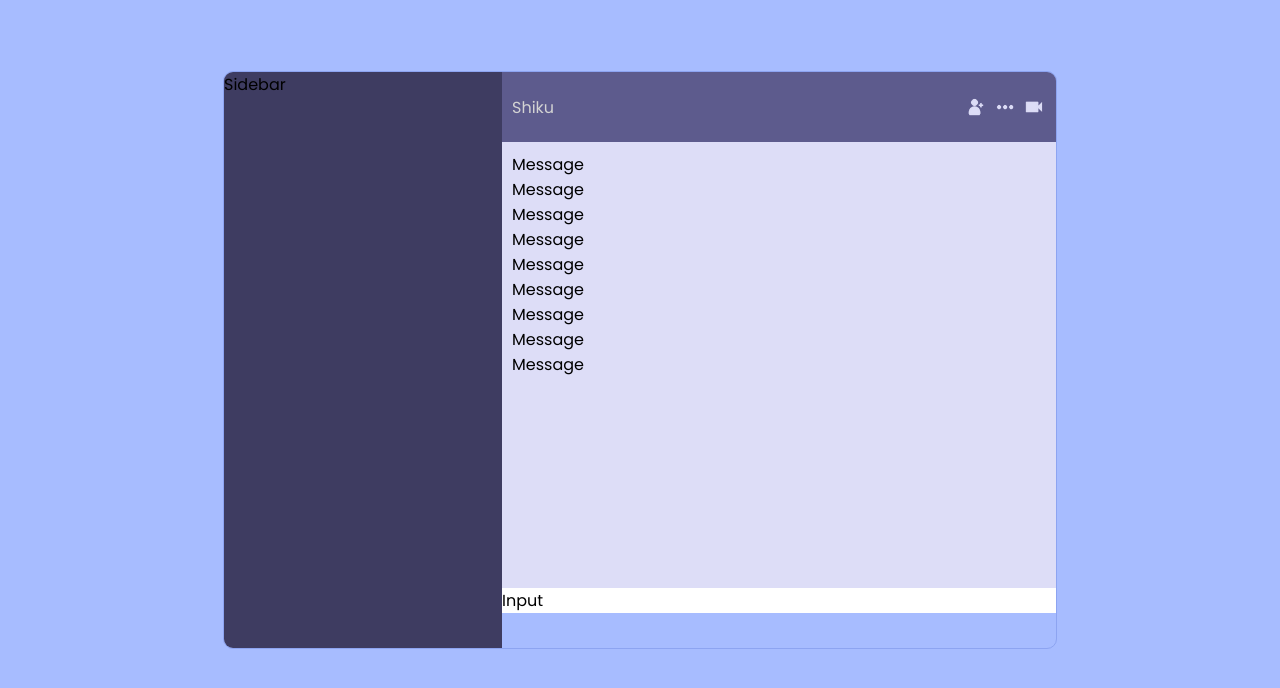
Repository: shikubro90/chatapp
Page: /
The author's editor kept a copy of each file at every save. The page is drawn from the files as they stood at one save, then again after the next save.
The browser window is 1280 px wide. The pictures show the whole page.
The project was rebuilt for these pictures with package versions that can differ from the ones it lists, and the page was loaded fresh each time. Also part of the build but not shown: src/pages/Login.jsx, src/pages/Register.jsx.

Above is the page before, as saved 2022-09-14 20:20:25.

### src/App.js
import './App.css';
import Login from './pages/Login';
import Register from './pages/Register';
import Home from './pages/Home'
import './style.scss'

function App() {
  return (
    <div className="App">
      {/* <Register/> */}
      {/* <Login/> */}
      <Home/>
    </div>
  );
}

export default App;

### src/App.css
@import url(https://fonts.googleapis.com/css?family=Poppins:100,100italic,200,200italic,300,300italic,regular,italic,500,500italic,600,600italic,700,700italic,800,800italic,900,900italic);



*{
  margin: 0;
  padding: 0;
}

body,html{
  font-family: "Poppins", sans-serif, system-ui, -apple-system, BlinkMacSystemFont, 'Segoe UI', Roboto, Oxygen, Ubuntu, Cantarell, 'Open Sans', 'Helvetica Neue', sans-serif;
  box-sizing: border-box;
}


/* .App {
  text-align: center;
}

.App-logo {
  height: 40vmin;
  pointer-events: none;
}

@media (prefers-reduced-motion: no-preference) {
  .App-logo {
    animation: App-logo-spin infinite 20s linear;
  }
}

.App-header {
  background-color: #282c34;
  min-height: 100vh;
  display: flex;
  flex-direction: column;
  align-items: center;
  justify-content: center;
  font-size: calc(10px + 2vmin);
  color: white;
}

.App-link {
  color: #61dafb;
}

@keyframes App-logo-spin {
  from {
    transform: rotate(0deg);
  }
  to {
    transform: rotate(360deg);
  }
} */

### src/pages/Home.jsx
import React from 'react'
import Sidebar from '../Components/SideBar'
import ChatBar from '../Components/ChatBar'


const Home = () => {
  return (
    <div className='home'>
        <div className="container">
            <Sidebar/>
            <ChatBar/>
        </div>
    </div>
  )
}

export default Home

### src/style.scss
.formContainer{
    background-color: #a7bcff;
    height: 100vh;
    display: flex;
    align-items: center;
    justify-content: center;

    .formWrapper{

        background-color: white;
        padding: 20px 60px;
        border-radius: 10px;
        display: flex;
        flex-direction: column;
        gap: 10px;
        align-items: center;

        form{

            display: flex;
            flex-direction: column;
            gap: 15px;

            input{
                padding: 10px 10px;
                min-width: 250px;
                border: none;
                border-bottom: 1px solid #a7bcff;
                outline: none;
            }&::placeholder{
                color: rgba(175, 175, 175);
            }

            button{
                background-color: #a7bcff;
                color: white;
                padding: 10px;
                font-weight: bold;
                border: none;
                cursor: pointer;
            }

            label{
                display: flex;
                align-items: center;
                color: #8da4f1;
                gap: 10px;
                font-size: 12px;
                cursor: pointer;

                img{
                    width: 32px;
                }
            }
        }

        p{
            color: #5d5b8d;

        }

        .logo{
            color: #5d5b8d;
            font-weight: bold;
            font-size: 24px;
        }

        .title{
            color: #5d5b8d;
            font-size: 12px;
        }
    }
}


// Home page css

.home{
    background-color: #a7bcff;
    height: 100vh;
    display: flex;
    align-items: center;
    justify-content: center;

    .container{
        border: 1px solid #8da4f1;
        border-radius: 10px;
        width: 65%;
        height: 80%;
        display: flex;
        overflow: hidden;

        .sideBar{
            flex: 1;
            border-right: 1px solid #3e3c61;
            background: #3e3c61;

            .navbar{
                display: flex;
                justify-content: space-between;
                background-color: #2f2d52;
                padding: 10px;
                height: 50px;
                align-items: center;
                color: white;

                .user{
                    display: flex;
                    align-items: center;
                    gap: 10px;

                    img{
                        background: #ddddf7;
                        height: 24px;
                        width: 24px;
                        border-radius: 50%;
                        object-fit: cover;
                    }
                    button{
                        background-color: #5d5b8d;
                        color: #ddddf7;
                        font-size: 10px;
                        border: none;
                        cursor: pointer;
                        padding: 4px 6px;
                        border-radius: 2px;
                    }
                }
            }


            .search{

                border-bottom: 1px solid gray;

                .searchForm{

                    padding: 10px;

                    input{
                        color: white;
                        outline: none;
                        background-color: transparent;
                        border: none;
                        &::placeholder{
                            color: lightgray;
                        }
                    }
                }

                .userChat{
                    padding: 10px;
                    display: flex;
                    align-items: center;
                    gap: 10px;
                    color: white;
                    cursor: pointer;
                     &:hover{
                        background-color: #2f2d52;
                     }
                    img{
                        height: 50px;
                        width: 50px;
                        border-radius: 50%;
                        object-fit: cover;
                    }
                }

            }

            .chats{
                .userChat{
                    padding: 10px;
                    display: flex;
                    align-items: center;
                    gap: 10px;
                    color: white;
                    cursor: pointer;
                     &:hover{
                        background-color: #2f2d52;
                     }
                    img{
                        height: 50px;
                        width: 50px;
                        border-radius: 50%;
                        object-fit: cover;
                    }

                    .userChatInfo{
                        span{
                            font-size: 18px;
                            font-weight: 500;
                        }
                        p{
                            font-size: 14px;
                            color: lightgray;
                        }
                    }

                }
            }


        }
        .chatBar{
            flex: 2;
            .chatInfo{

                height: 50px;
                background-color: #5d5b8d;
                display: flex;
                align-items: center;
                justify-content: space-between;
                padding: 10px;
                color: lightgray;

                .chatIcon{
                    display: flex;
                    align-items: center;
                    justify-content: center;
                    gap: 5px;

                    img{
                        height: 24px;
                        color: lightgray;
                        cursor: pointer;
                    }
                }
            }
            .messages{
                background: #ddddf7;
                padding: 10px;
                height: calc(100% - 150px);
            }
            .input{
                background: white;
            }

        }
    }
}

### src/Components/SideBar.jsx
import React from 'react'

const SideBar = () => {
  return (
    <div className='sideBar'>Sidebar</div>
  )
}

export default SideBar

### src/Components/ChatBar.jsx
import add from '../img/add.png'
import more from '../img/more.png'
import cam from '../img/cam.png'
import Messages from './Messages'
import Input from './Input'

const ChatBar = () => {
  return (
    <div className="chatBar">
      <div className="chatInfo">

        <span>Shiku</span>

        <div className="chatIcon">
          <img src={add} alt="" />
          <img src={more} alt="" />
          <img src={cam} alt="" />
        </div>

      </div>

      <Messages/>
      <Input/>
    </div>
  )
}

export default ChatBar

### src/Components/Messages.jsx
import React from 'react'
import Message from './Message'

const Messages = () => {
  return (
    <div className='messages'>
      <Message/>
      <Message/>
      <Message/>
      <Message/>
      <Message/>
      <Message/>
      <Message/>
      <Message/>
      <Message/>
    </div>
  )
}

export default Messages

### src/Components/Input.jsx
import React from 'react'

const Input = () => {
  return (
    <div className='input'>Input</div>
  )
}

export default Input

Loaded but not shown: src/index.js (common file); src/Components/Message.jsx (common file)

After the next save:
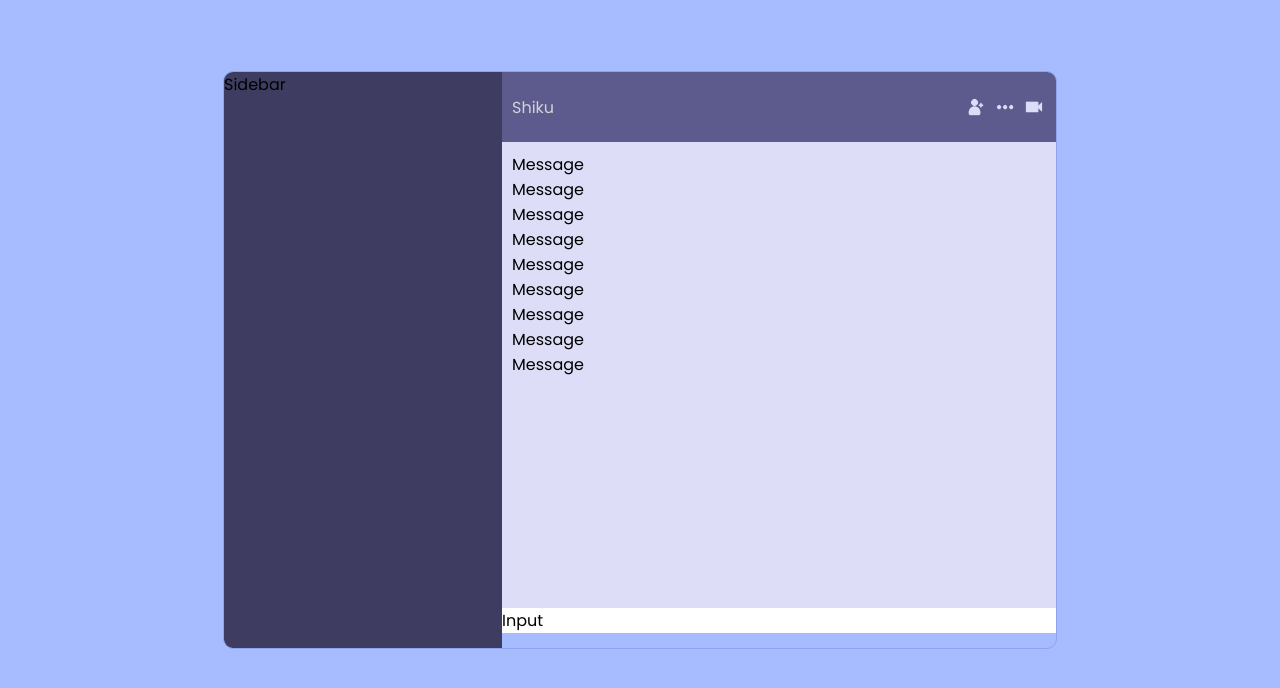
Saved 13 s later.
--- a/src/style.scss
+++ b/src/style.scss
@@ -230,7 +230,7 @@
             .messages{
                 background: #ddddf7;
                 padding: 10px;
-                height: calc(100% - 150px);
+                height: calc(100% - 130px);
             }
             .input{
                 background: white;
